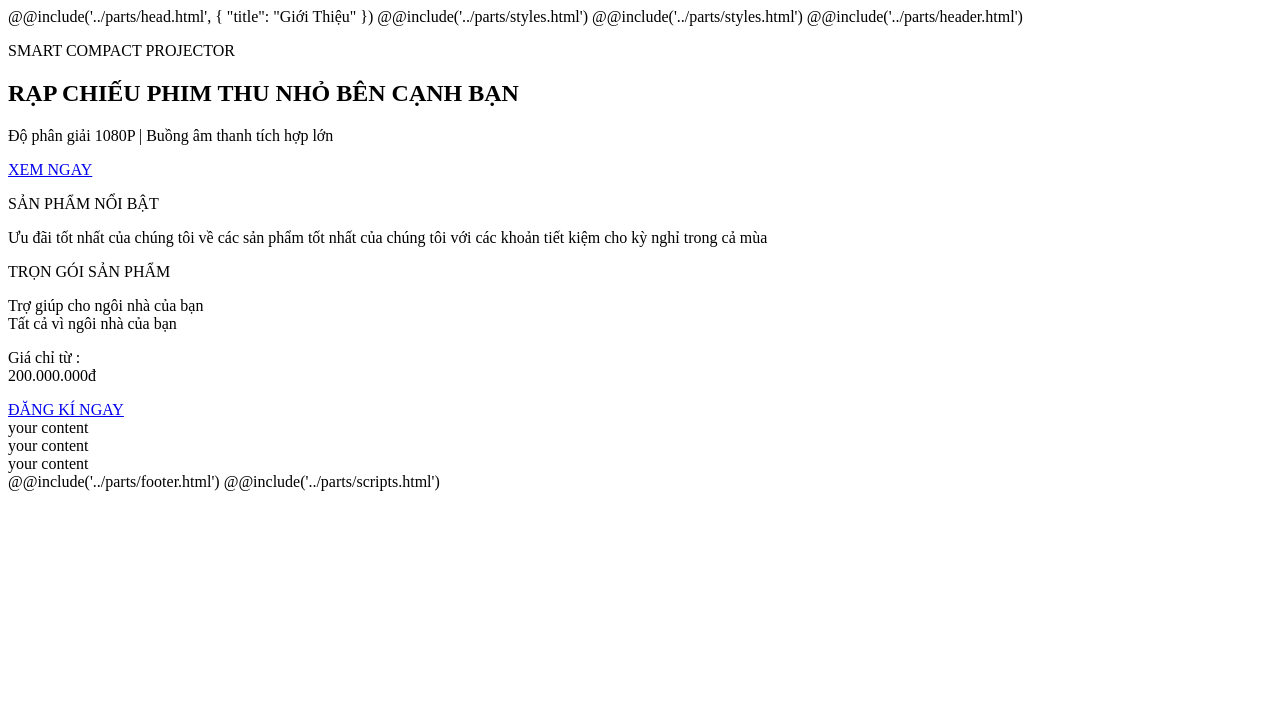
Repository: thanhthien0706/startsup
Page: src/views/pages/index.html
The author's editor kept a copy of each file at every save. The page is drawn from the files as they stood at one save, then again after the next save.
The browser window is 1280 px wide. The pictures show the whole page.

Above is the page before, as saved 2021-09-24 22:16:33.

### src/views/pages/index.html
<html lang="vi">

<head>
  <!-- include head.html -->
  @@include('../parts/head.html', {
  "title": "Giới Thiệu"
  })
  <!-- include styles.html -->
  @@include('../parts/styles.html')
  @@include('../parts/styles.html')
</head>

<body class="wrapper">
  @@include('../parts/header.html')
  <section class="section_content--index">

    <section class="section_1">
      <div class="container_edit--page--1240">
        <div class="box_content_main">
          <p class="title">SMART COMPACT PROJECTOR</p>
          <h2 class="main_title">RẠP CHIẾU PHIM THU NHỎ BÊN CẠNH BẠN</h2>
          <p class="description">Độ phân giải 1080P | Buồng âm thanh tích hợp lớn</p>
          <a href="#" class="btn_xem-ngay">XEM NGAY</a>
        </div>
      </div>
    </section>

    <section class="section_2">
      <div class="container_edit--page--1240">
        <div class="box_main_st_2">

          <div class="box_heading">
            <p class="title">SẢN PHẨM NỔI BẬT</p>
            <p class="description">Ưu đãi tốt nhất của chúng tôi về các sản phẩm tốt nhất của chúng tôi với các khoản tiết kiệm cho kỳ nghỉ trong cả mùa</p>
          </div>

          <div class="box_content">
            <section class="item_content-1">
              <div class="row">
                <div class="col-sm-6">
                  <div class="box_bg_1">
                    <p class="logo">TRỌN GÓI SẢN PHẨM</p>
                    <p class="slogan">Trợ giúp cho ngôi nhà của bạn</br>Tất cả vì ngôi nhà của bạn</p>
                    <p class="box_price">
                      <span class="text">Giá chỉ từ : </span> </br>
                      <span class="price">200.000.000đ</span>
                    </p>
                    <a href="#" class="btn_dangKi">ĐĂNG KÍ NGAY</a>
                  </div>
                </div>
                <div class="col-sm-6">
                  <div class="your-class">
                    <div>your content</div>
                    <div>your content</div>
                    <div>your content</div>
                  </div>
                </div>
              </div>
            </section>
          </div>

        </div>
      </div>
    </section>

  </section>
  @@include('../parts/footer.html')

  <!-- include scripts.html -->
  @@include('../parts/scripts.html')
</body>

</html>

After the next save:
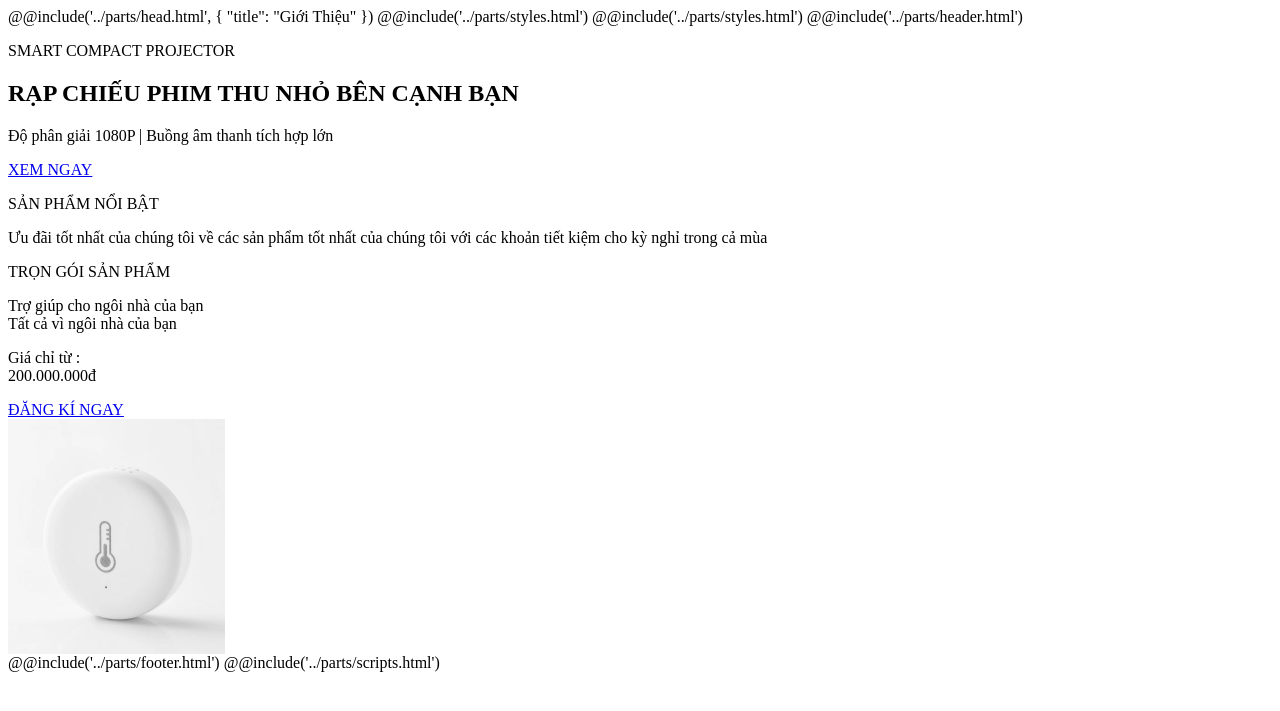
Saved 71 s later.
--- a/src/views/pages/index.html
+++ b/src/views/pages/index.html
@@ -49,10 +49,14 @@
                   </div>
                 </div>
                 <div class="col-sm-6">
-                  <div class="your-class">
-                    <div>your content</div>
-                    <div>your content</div>
-                    <div>your content</div>
+                  <div class="box_show_slide_products">
+
+                    <!-- product 1 -->
+                    <div class="box_main_product">
+                      <div class="box_img_product">
+                        <img src="../../images/sanPham/bg_index-sp-st2-1.png" class="img_product" alt="">
+                      </div>
+                    </div>
                   </div>
                 </div>
               </div>
